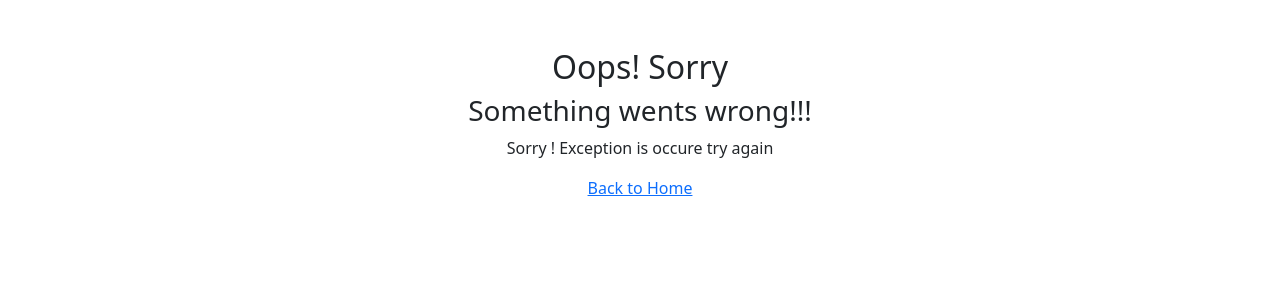
Repository: Hits-95/Spring
Page: http://localhost/SpringMVC_Search/WEB-INF/views/error.jsp
The author's editor kept a copy of each file at every save. The page is drawn from the files as they stood at one save, then again after the next save.
The browser window is 1280 px wide. The pictures show the whole page.
The page is served by Tomcat 9. Nobody is signed in. The template is opened directly, without the code that normally fills it, so the values that code supplies are empty.

Above is the page before, as saved 2021-04-12 17:29:20.

After the next save:
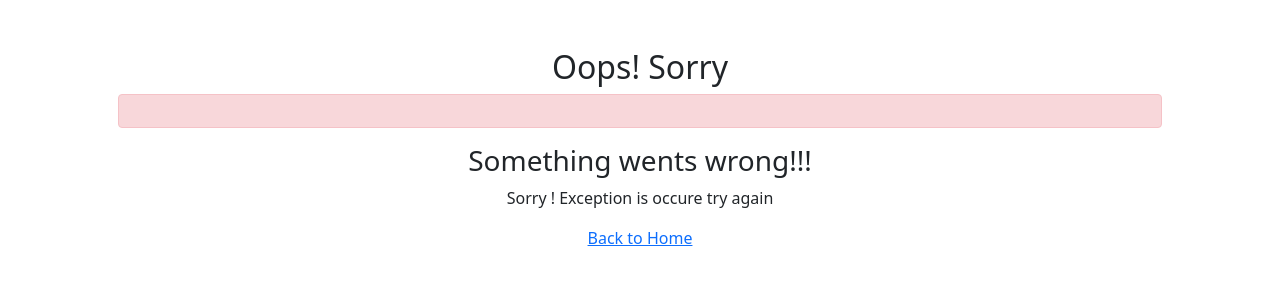
Saved 53 s later.
--- a/SpringMVC_Search/src/main/webapp/WEB-INF/views/error.jsp
+++ b/SpringMVC_Search/src/main/webapp/WEB-INF/views/error.jsp
@@ -11,6 +11,7 @@
 	<div class="container p-5">
 		<div class="text-center">
 			<h2>Oops! Sorry</h2>
+			<div class="alert alert-danger" role="alert"></div>
 			<h3>Something wents wrong!!!</h3>
 			<p>Sorry ! Exception is occure try again</p>
 			<a href="home">Back to Home</a>
